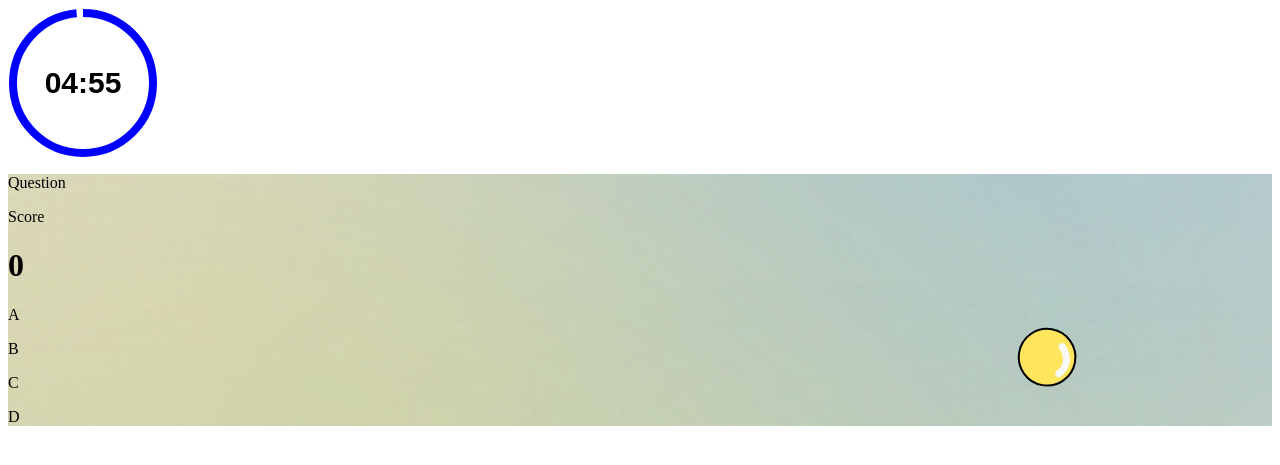
Repository: sierralaurent/SmartiePants
Page: quiz.html
An editor plug-in stored every save of this project. The page is shown before and after the next save, followed by the edit.
The browser window is 1280 px wide. The pictures show the whole page.
The page's requests for data from a server got no answer.

Above is the page before, as saved 2023-05-15 16:13:16.

After the next save:
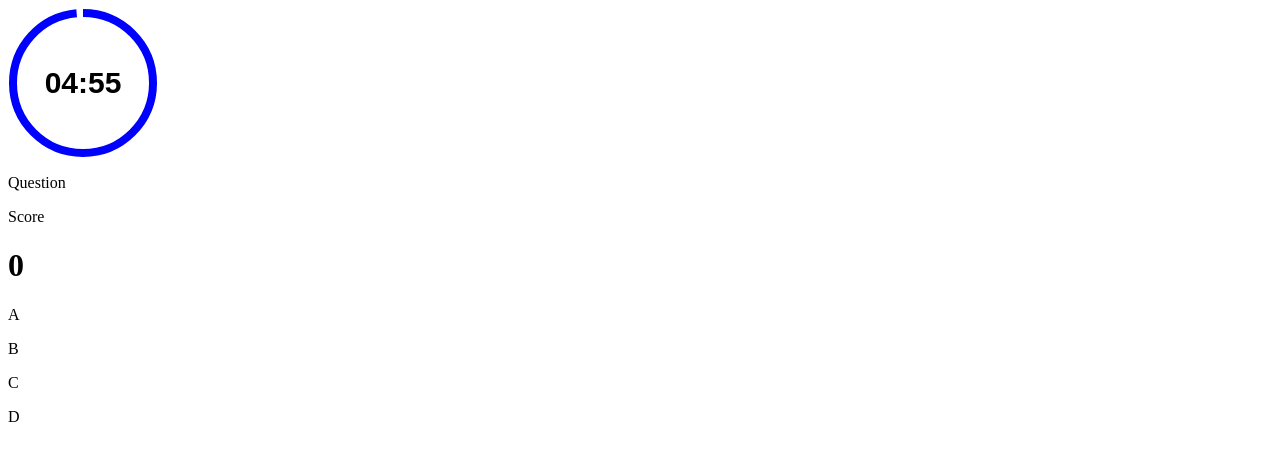
Saved 2 min 41 s later.
--- a/quiz.css
+++ b/quiz.css
@@ -29,7 +29,3 @@
         font-weight: bold;
         font-size: 30px;
     }
-
-    .container {
-        background-image: url('./background.svg');
-    }
